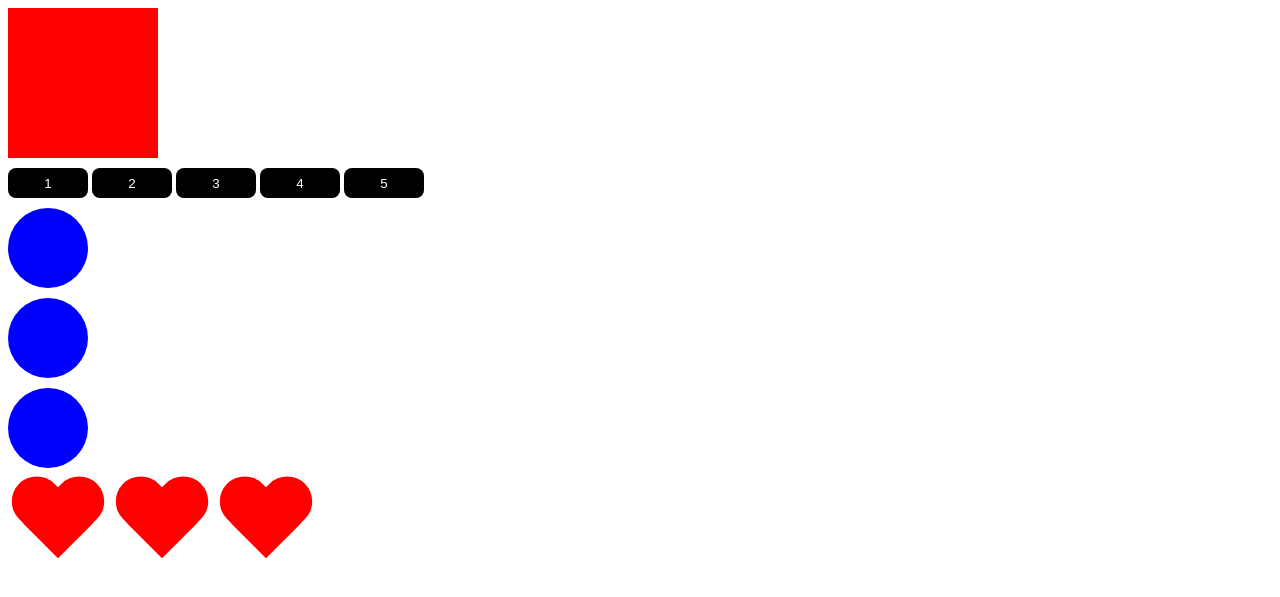
Repository: armus503/First_homework
Page: index2.html
The author's editor kept a copy of each file at every save. The page is drawn from the files as they stood at one save, then again after the next save.
The browser window is 1280 px wide. The pictures show the whole page.

Above is the page before, as saved 2021-08-25 23:50:00.

After the next save:
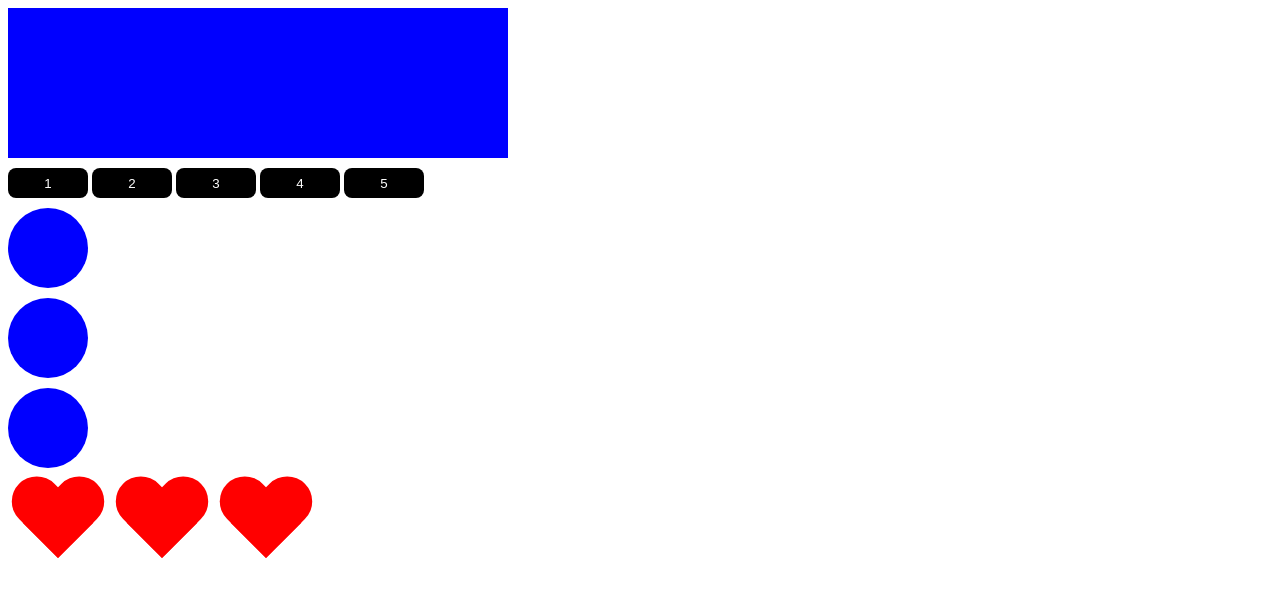
Saved 16 min 8 s later.
--- a/script2.js
+++ b/script2.js
@@ -6,4 +6,8 @@ const box = document.getElementById('box'),
     hearts = document.querySelectorAll('.heart'),
     oneHeart = document.querySelector('.heart');
 
-console.dir(box); //посмотреть на элемент в качестве объекта
+//console.dir(box); //посмотреть на элемент в качестве объекта
+
+//инлайн стили(применяемые через JS) имеют приоритет перед стилями CSS
+box.style.backgroundColor = 'blue'; //значения стилей записываем
+box.style.width = '500px'; //в строковом формате, иначе не применятся
